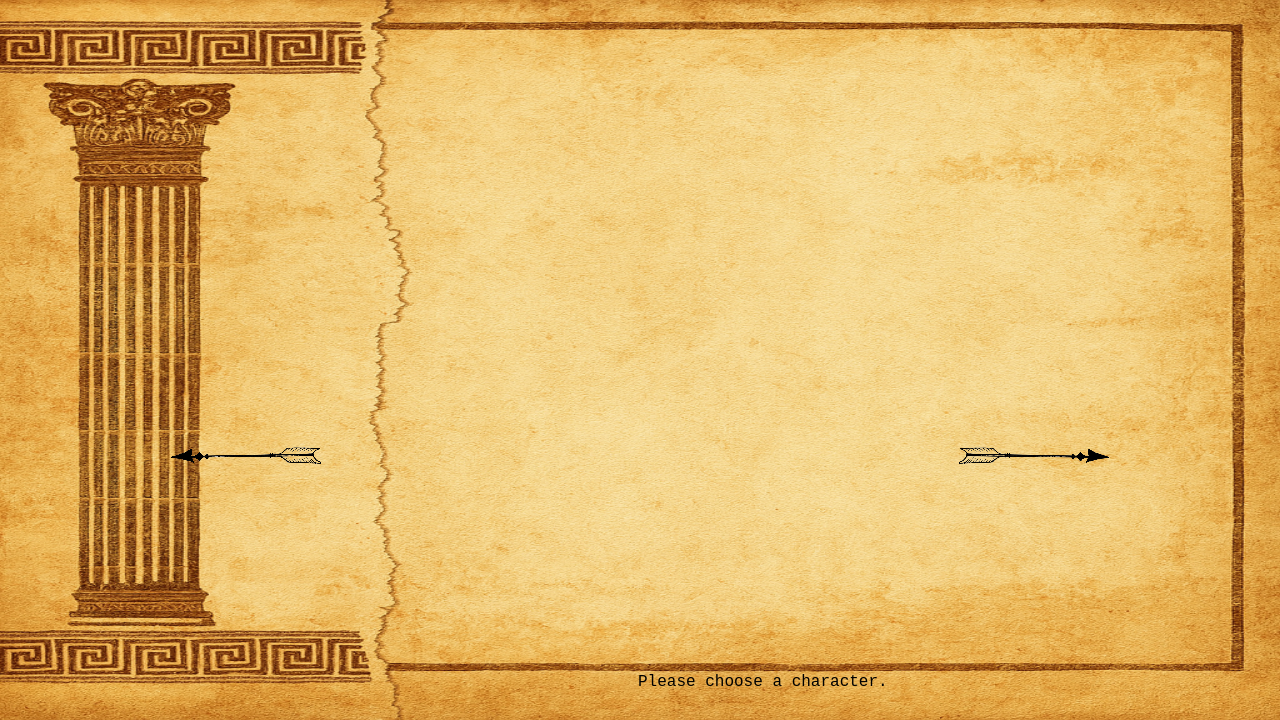
Repository: brianabariteau/Web-1-Final-Project-2025
Page: features/character-selection/character-selection.html
An editor plug-in stored every save of this project. The page is shown before and after the next save, followed by the edit.
The browser window is 1280 px wide. The pictures show the whole page.
The page's requests for data from a server got no answer.

Above is the page before, as saved 2025-12-21 23:39:11.

After the next save:
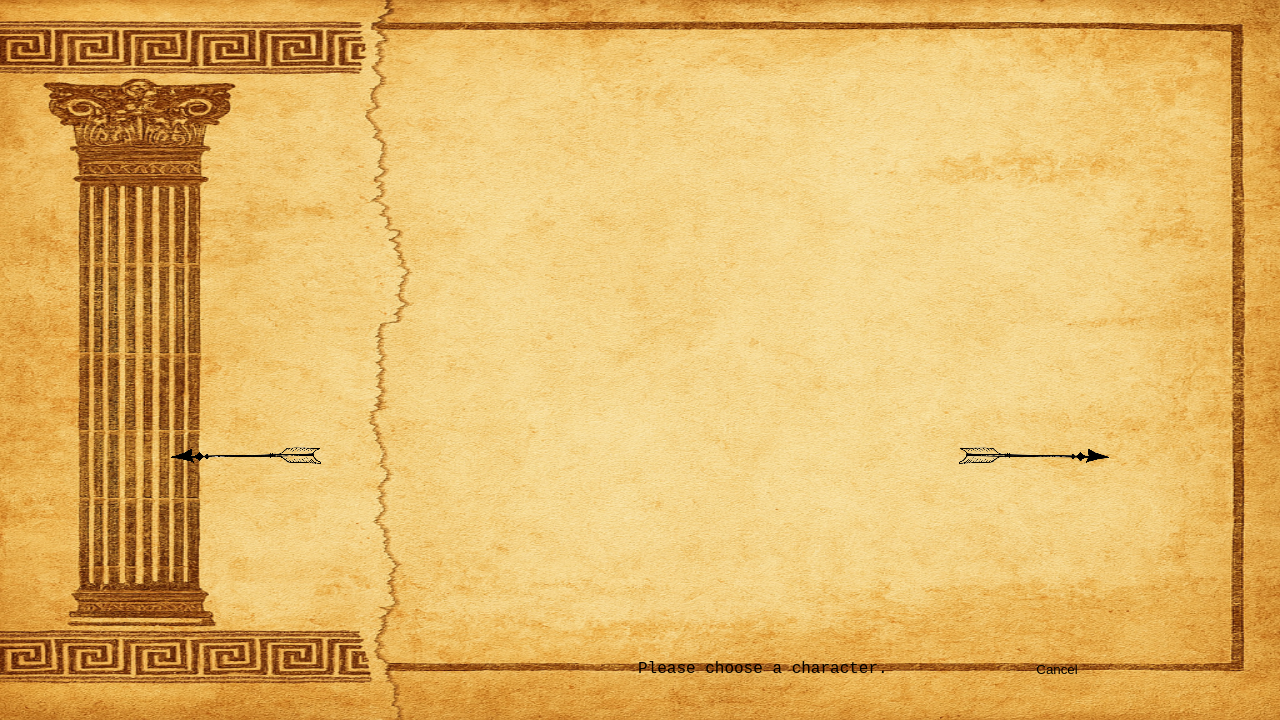
Saved 9 s later.
--- a/features/character-selection/character-selection.js
+++ b/features/character-selection/character-selection.js
@@ -161,9 +161,9 @@ const cancelText = $("<p>").text("Cancel");
 /*const cancelImg = $("<img>")
   .addClass("buttonImg")
   .attr("src", "./assets/parchment-cancel-button.png")
-  .attr("alt", "Cancel Button Image");
-
-$(cancelButton).append(cancelImg); */
+  .attr("alt", "Cancel Button Image"); */
+
+$(cancelButton).append(cancelText);
 $(cancelButton).on("click", () => {
   if (selectedPlayer === null) {
     window.location.href = "../main-menu/index.html";
